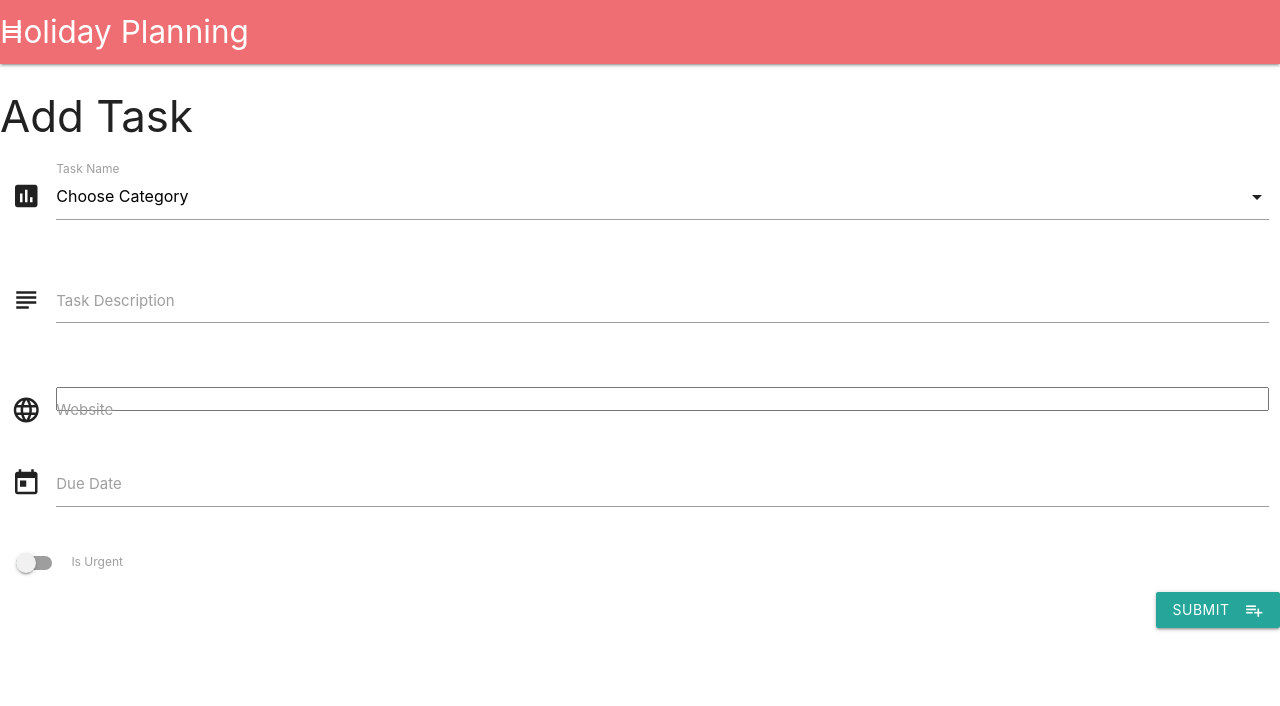
Repository: Code-Institute-Submissions/Project3-Holiday_Planning
Page: http://localhost/add_task
The author's editor kept a record of every edit. The page is drawn from the files as they stood at one moment, then again after the next edit.
The browser window is 1280 px wide. The pictures show the whole page.
The page is served by the project's application, run on Flask 3 (app.py). Queries for data that is not in the repository find no rows.

Above is the page before.

After the next edit:
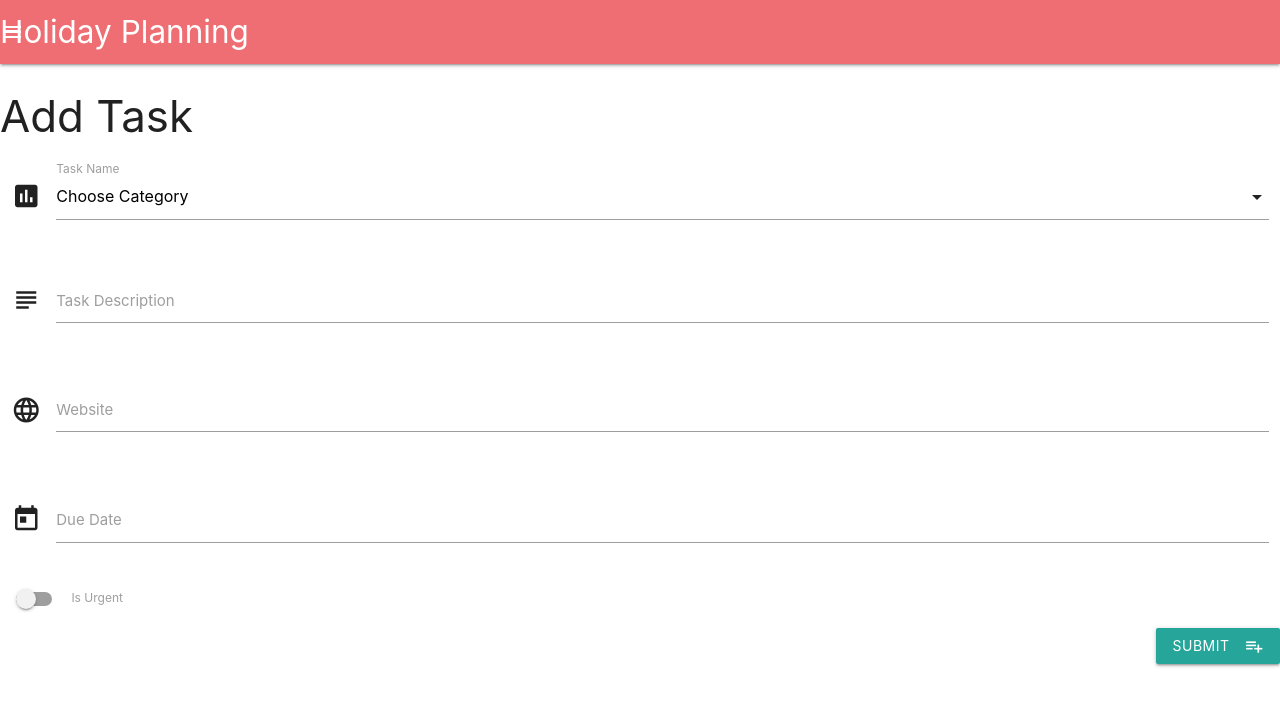
The edit:
--- a/templates/addTask.html
+++ b/templates/addTask.html
@@ -37,7 +37,7 @@
         <div class="row">
             <div class="input-field col s12">
                 <i class="material-icons prefix">language</i>
-                <input id="website" type="website" class="validate">
+                <textarea name="website" id="Website" class="materialize-textarea"></textarea>
                 <label for="icon_telephone">Website</label>
             </div>
         </div>
